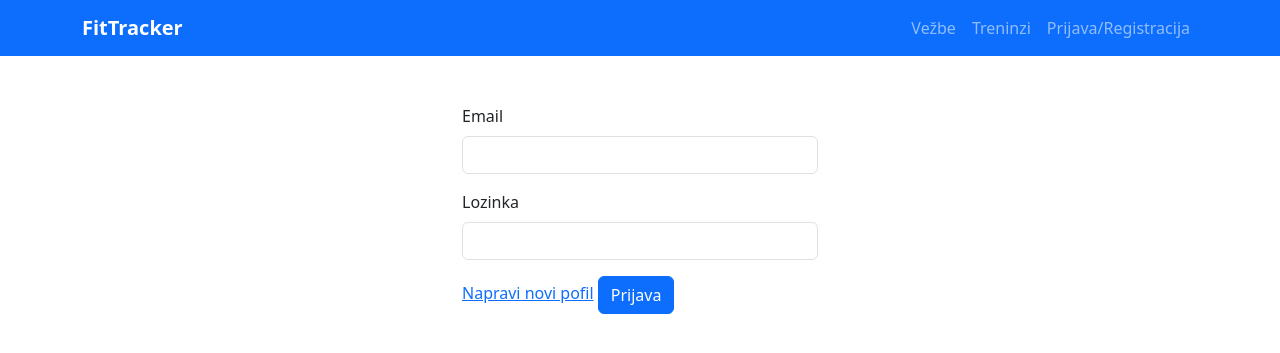
Repository: M1K1B/FitTracker
Page: http://localhost/FitTrackerWeb/login.jsp
An editor plug-in stored every save of this project. The page is shown before and after the next save, followed by the edit.
The browser window is 1280 px wide. The pictures show the whole page.
The page is served by Tomcat 9. Other server files are loaded and not shown.

Above is the page before, as saved 2024-02-02 10:31:59.

### FitTrackerWeb/src/main/webapp/login.jsp
<%@ page language="java" contentType="text/html; charset=UTF-8"
	pageEncoding="UTF-8"%>
<%@ taglib prefix="c" uri="http://java.sun.com/jsp/jstl/core"%>
<%@ taglib prefix="form" uri="http://www.springframework.org/tags/form"%>

<!DOCTYPE html>
<html>
<head>
<meta charset="UTF-8">
<meta name="viewport"
	content="width=device-width, initial-scale=1, shrink-to-fit=no">
<!-- Bootstrap CSS - Include the CSS file or use a CDN link -->
<link
	href="https://cdn.jsdelivr.net/npm/bootstrap@5.3.2/dist/css/bootstrap.min.css"
	rel="stylesheet"
	integrity="sha384-T3c6CoIi6uLrA9TneNEoa7RxnatzjcDSCmG1MXxSR1GAsXEV/Dwwykc2MPK8M2HN"
	crossorigin="anonymous">

</head>
<body>
	<%@include file="header.jsp"%>

	<div class="container mt-5">
		<form class="row g-3 col-4 mx-auto" method="post" action="<c:url value='/login' />">
			<div class="col-12">
				<label for="inputAddress" class="form-label">Email</label>
				<input type="text" class="form-control" id="inputAddress"
					name="username" />
			</div>
			<div class="col-12">
				<label for="inputAddress" class="form-label">Lozinka</label>
				<input type="password" class="form-control" id="inputAddress"
					name="password" />
			</div>
			<div class="col-12">
				<a href="/FitTracker/register" >Napravi novi pofil</a>
				<button type="submit" class="btn btn-primary">Prijava</button>
			</div>
		</form>
		<c:if test="${not empty message}">
			<div class="alert alert-primary mt-4 col-8 mx-auto" role="alert">${message}</div>
		</c:if>
	</div>


	<!-- Your Content Goes Here -->
	<script
		src="https://cdn.jsdelivr.net/npm/bootstrap@5.3.2/dist/js/bootstrap.bundle.min.js"
		integrity="sha384-C6RzsynM9kWDrMNeT87bh95OGNyZPhcTNXj1NW7RuBCsyN/o0jlpcV8Qyq46cDfL"
		crossorigin="anonymous"></script>
</body>
</html>

### FitTrackerWeb/src/main/webapp/header.jsp
<%@ page language="java" contentType="text/html; charset=UTF-8"
	pageEncoding="UTF-8"%>
<!DOCTYPE html>
<html>
<head>
<meta charset="UTF-8">
<meta name="viewport"
	content="width=device-width, initial-scale=1, shrink-to-fit=no">
<!-- Bootstrap CSS - Include the CSS file or use a CDN link -->
<link
	href="https://cdn.jsdelivr.net/npm/bootstrap@5.3.2/dist/css/bootstrap.min.css"
	rel="stylesheet"
	integrity="sha384-T3c6CoIi6uLrA9TneNEoa7RxnatzjcDSCmG1MXxSR1GAsXEV/Dwwykc2MPK8M2HN"
	crossorigin="anonymous">
</head>
<body>

	<!-- Bootstrap Navbar -->
	<nav class="navbar navbar-dark navbar-expand-lg bg-primary">
		<div class="container">
			<a class="navbar-brand" href="#"><strong>FitTracker</strong></a>
			<button class="navbar-toggler" type="button"
				data-bs-toggle="collapse" data-bs-target="#navbarSupportedContent"
				aria-controls="navbarSupportedContent" aria-expanded="false"
				aria-label="Toggle navigation">
				<span class="navbar-toggler-icon"></span>
			</button>
			<div class="collapse navbar-collapse" id="navbarSupportedContent">
				<ul class="navbar-nav ms-auto mb-2 mb-lg-0">
					<li class="nav-item"><a class="nav-link"
						aria-current="page" href="/FitTracker/vezbe/sveVezbe">Vežbe</a></li>
					<li class="nav-item"><a class="nav-link"
						href="/FitTracker/treninzi/sviTreninzi">Treninzi</a></li>
					<c:if test="${pageContext.request.userPrincipal.name == null}">
					<li class="nav-item"><a class="nav-link"
						href="/FitTracker/login">Prijava/Registracija</a></li>

					</c:if>
					<c:if test="${pageContext.request.userPrincipal.name != null}">
						<li class="nav-item dropdown">
					<a
						class="nav-link dropdown-toggle" href="#" role="button"
						data-bs-toggle="dropdown" aria-expanded="false">

						${ pageContext.request.userPrincipal.name }
					</a>
						<ul class="dropdown-menu">
							<li><a class="dropdown-item"
								href="/FitTracker/profil">Moj profil</a></li>
							<li><hr class="dropdown-divider"></li>
							<li><a class="dropdown-item text-danger"
								href="/FitTracker/logout">Izlogujte se</a></li>
						</ul></li>
					</c:if>

			</div>
		</div>
	</nav>

	<!-- Your Content Goes Here -->
	<!-- <script src="https://cdn.jsdelivr.net/npm/bootstrap@5.3.2/dist/js/bootstrap.bundle.min.js" integrity="sha384-C6RzsynM9kWDrMNeT87bh95OGNyZPhcTNXj1NW7RuBCsyN/o0jlpcV8Qyq46cDfL" crossorigin="anonymous"></script> -->
</body>
</html>

After the next save:
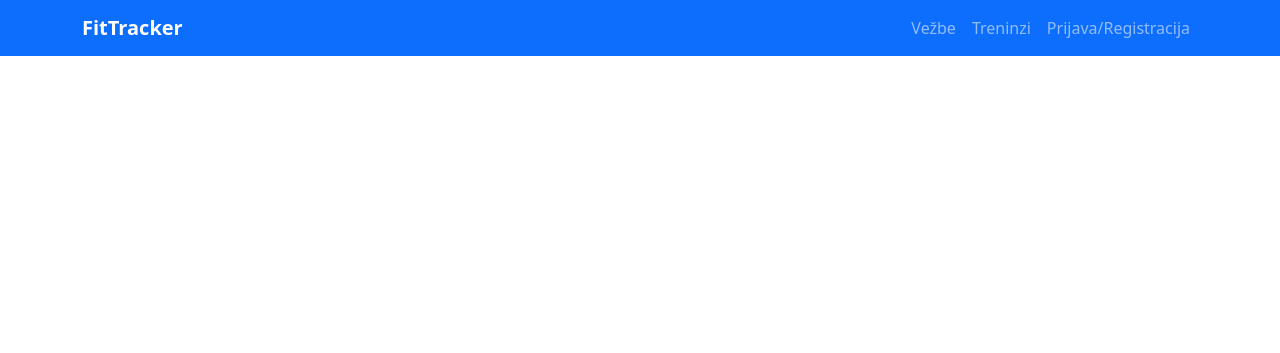
Saved 2 min 27 s later.
--- a/FitTrackerWeb/src/main/webapp/login.jsp
+++ b/FitTrackerWeb/src/main/webapp/login.jsp
@@ -21,25 +21,7 @@
 	<%@include file="header.jsp"%>
 
 	<div class="container mt-5">
-		<form class="row g-3 col-4 mx-auto" method="post" action="<c:url value='/login' />">
-			<div class="col-12">
-				<label for="inputAddress" class="form-label">Email</label>
-				<input type="text" class="form-control" id="inputAddress"
-					name="username" />
-			</div>
-			<div class="col-12">
-				<label for="inputAddress" class="form-label">Lozinka</label>
-				<input type="password" class="form-control" id="inputAddress"
-					name="password" />
-			</div>
-			<div class="col-12">
-				<a href="/FitTracker/register" >Napravi novi pofil</a>
-				<button type="submit" class="btn btn-primary">Prijava</button>
-			</div>
-		</form>
-		<c:if test="${not empty message}">
-			<div class="alert alert-primary mt-4 col-8 mx-auto" role="alert">${message}</div>
-		</c:if>
+
 	</div>
 
 
